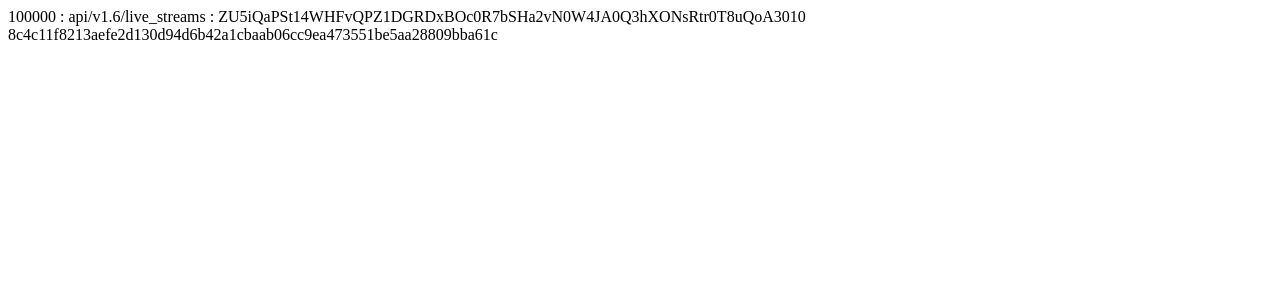
Repository: junhyeongShin/comunity_app
Page: http://localhost/Broadcast/curl copy.php
An editor plug-in stored every save of this project. The page is shown before and after the next save, followed by the edit.
The browser window is 1280 px wide. The pictures show the whole page.
The page is run by PHP 8.4 with error messages shown; the project is at /var/www/html/.

Above is the page before, as saved 2021-05-28 12:35:50.

### Broadcast/curl copy.php
<?php

$timestamp = 100000;
$path = "api/v1.6/live_streams";
$wscApiKey = "ZU5iQaPSt14WHFvQPZ1DGRDxBOc0R7bSHa2vN0W4JA0Q3hXONsRtr0T8uQoA3010";

$hmacData = ($timestamp.' : '.$path.' : '.$wscApiKey);
echo $hmacData;
echo '<br>';

$hash_key = hash_hmac('sha256',$hmacData,$wscApiKey);
echo $hash_key;
echo '<br>';

// $hex = hex2bin($hash_key);

// echo $hex;


?>

After the next save:
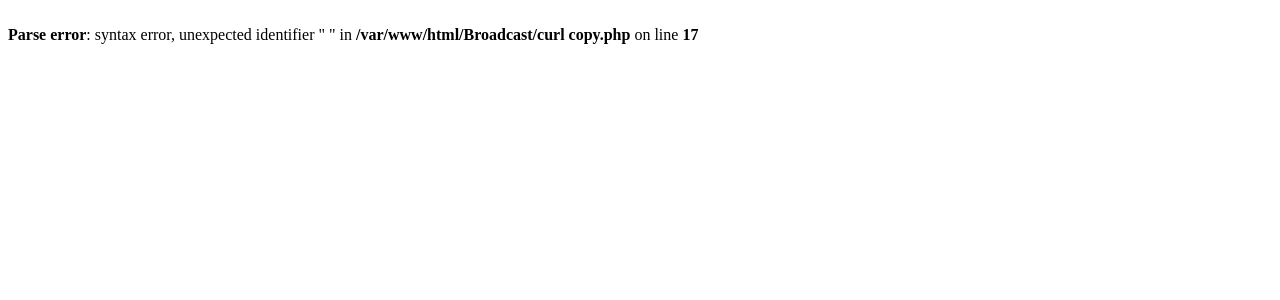
Saved 2 min 36 s later.
--- a/Broadcast/curl copy.php
+++ b/Broadcast/curl copy.php
@@ -12,6 +12,14 @@ $hash_key = hash_hmac('sha256',$hmacData,$wscApiKey);
 echo $hash_key;
 echo '<br>';
 
+foreach (hash_algos() as $v) {
+
+          $r = hash($v, $data, false);
+
+          printf("%-12s %3d %s\n", $v, strlen($r), $r);
+
+  }
+
 // $hex = hex2bin($hash_key);
 
 // echo $hex;
